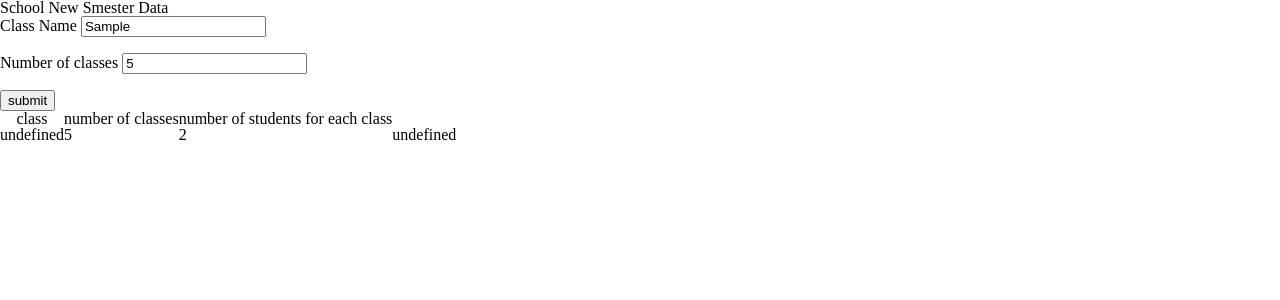
Repository: Razan-am/exam-practice
Page: index.html
An editor plug-in stored every save of this project. The page is shown before and after the next save, followed by the edit.
The browser window is 1280 px wide. The pictures show the whole page.
Empty fields were first filled with sample values (such as "Sample", 5 or name@example.com).
After loading, the first visible `#myForm` was submitted once.

Above is the page before, as saved 2021-05-30 22:53:33.

### index.html
<!DOCTYPE html>
<html lang="en">
<head>
    <meta charset="UTF-8">
    <meta http-equiv="X-UA-Compatible" content="IE=edge">
    <meta name="viewport" content="width=device-width, initial-scale=1.0">
    <title>Document</title>
    <link rel="stylesheet" href="css/reset.css">
    <link rel="stylesheet" href="css/style.css">
</head>
<body>
    <header>
        <h1>School New Smester Data</h1>
    </header>
    <main>
        <form action="" id="myForm">
            <fieldset>
                <label for="className">Class Name</label>
                <input type="text" id="className" name="className" placeholder="9th">
                <br/><br/>
                <label for="classNumber">
                    Number of classes
                </label>
                <input type="number" id="classNamber" name="classNumber">
                <br/><br/>
                <input type="submit" value="submit">
            </fieldset>
        </form>
        <div >
            <table id="table"></table>
        </div>
    </main>
    <footer></footer>
    <script src="js/app.js"></script>
</body>
</html>

### js/app.js
'use strict';

let myForm = document.getElementById('myForm');
let myTable = document.getElementById('table');

let headerData = ['class', 'number of classes', 'number of students for each class']

let mainArr = [];
function Myform(className, numberOfClasses) {
    this.className = className;
    this.numberOfClasses = numberOfClasses;
    this.randomNumber = 0;
    this.total = 0;
    mainArr.push(this);
}
console.log(mainArr);

function random(min, max) {
    mainArr.randomNumber = Math.floor(Math.random() * (max - min + 1)) + min;
}

function totals() {
    let sum = 0;
    for (let index = 0; index < mainArr.length; index++) {
        sum += mainArr.numberOfClasses;
        mainArr.total = sum;
    }
}
myForm.addEventListener('submit', handleSubmit);

function handleSubmit(event) {
    event.preventDefault();
    let className = event.target.className.value;
    let classNumber = event.target.classNumber.value;
    new Myform(className, classNumber);
    theader()
    render();
}

let headerEl = document.createElement('tr');
myTable.appendChild(headerEl);
function theader() {
    headerEl.textContent='';
    for (let index = 0; index < headerData.length; index++) {
        let thEl = document.createElement('th');
        headerEl.appendChild(thEl);
        thEl.textContent = `${headerData[index]}`
    }
}
function render() {
    let tBody = document.createElement('tr');
    myTable.appendChild(tBody);
    for (let index = 0; index < mainArr.length; index++) {
        let td1 = document.createElement('td');
        tBody.appendChild(td1);
        td1.textContent = `${mainArr.className}`;
    }

    for (let i = 0; i < mainArr.length; i++) {
        let td2 = document.createElement('td');
        tBody.appendChild(td2);
        td2.textContent = `${mainArr[i].numberOfClasses}`;
    }

    let td3 = document.createElement('td');
    tBody.appendChild(td3);
    td3.textContent = `${mainArr.randomNumber}`;

    let td4 = document.createElement('td');
    tBody.appendChild(td4);
    td4.textContent = `${mainArr.total}`
}
random(1, 10);

Loaded but not shown: css/reset.css (common file); css/style.css (no copy from this time; the picture is the same without it)

After the next save:
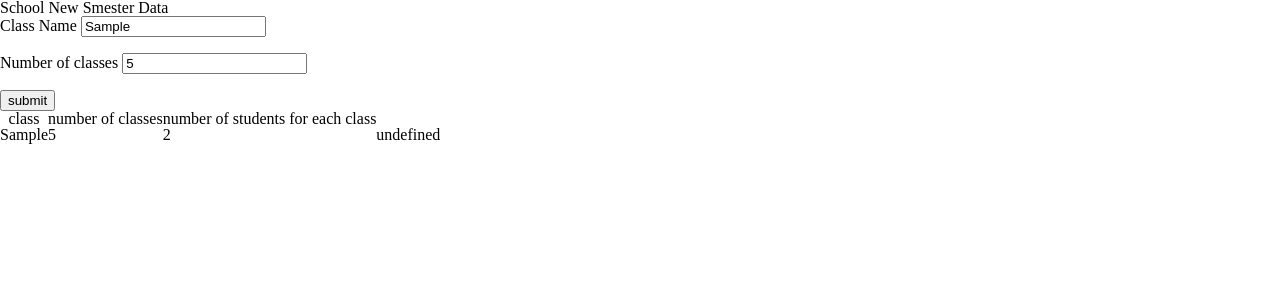
Saved 13 s later.
--- a/js/app.js
+++ b/js/app.js
@@ -53,7 +53,7 @@ function render() {
     for (let index = 0; index < mainArr.length; index++) {
         let td1 = document.createElement('td');
         tBody.appendChild(td1);
-        td1.textContent = `${mainArr.className}`;
+        td1.textContent = `${mainArr[index].className}`;
     }
 
     for (let i = 0; i < mainArr.length; i++) {
